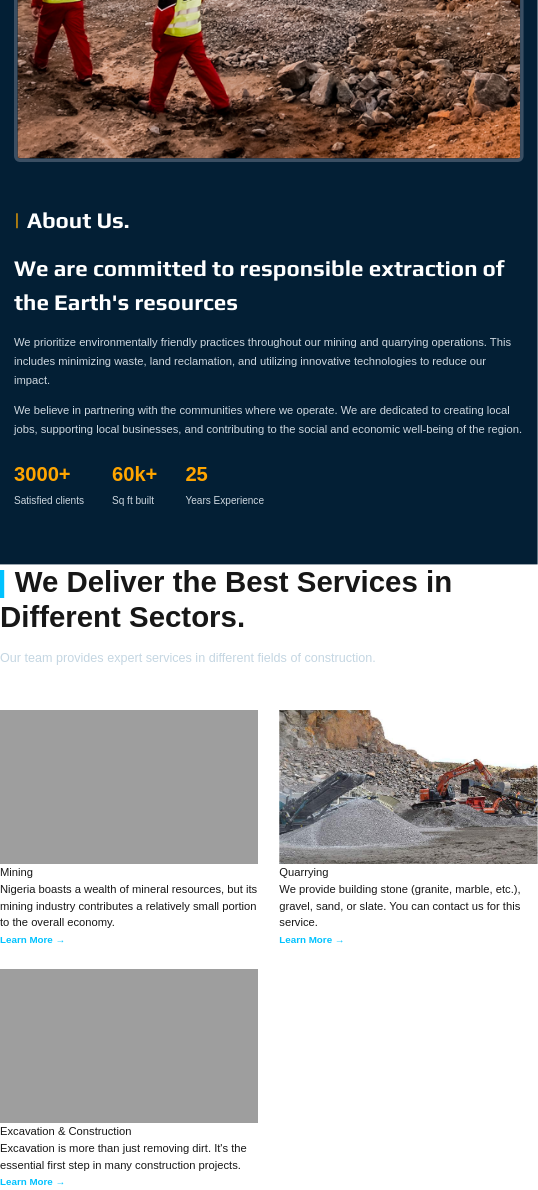
Repository: KC-Minchakpu/promise-earth
Page: /
These files come from the project's save history. The page is drawn as it stood at one moment and after the next save; the edit follows.
The browser window is 768 px wide. The pictures show the part of the page from y = 1406 to 3646 px (the page is 3106 px tall before and 3646 px after), at 70% of full size.
Pictures or frames that could not be fetched are drawn as grey boxes. The project was rebuilt for these pictures with package versions that can differ from the ones it lists, and the page was loaded fresh each time. The framework's server and built-in components were replaced by stand-ins that run in the browser. Also part of the build but not shown: next.config.ts.

Above is the page before, as saved 2026-02-26 16:14:19.

After the next save:
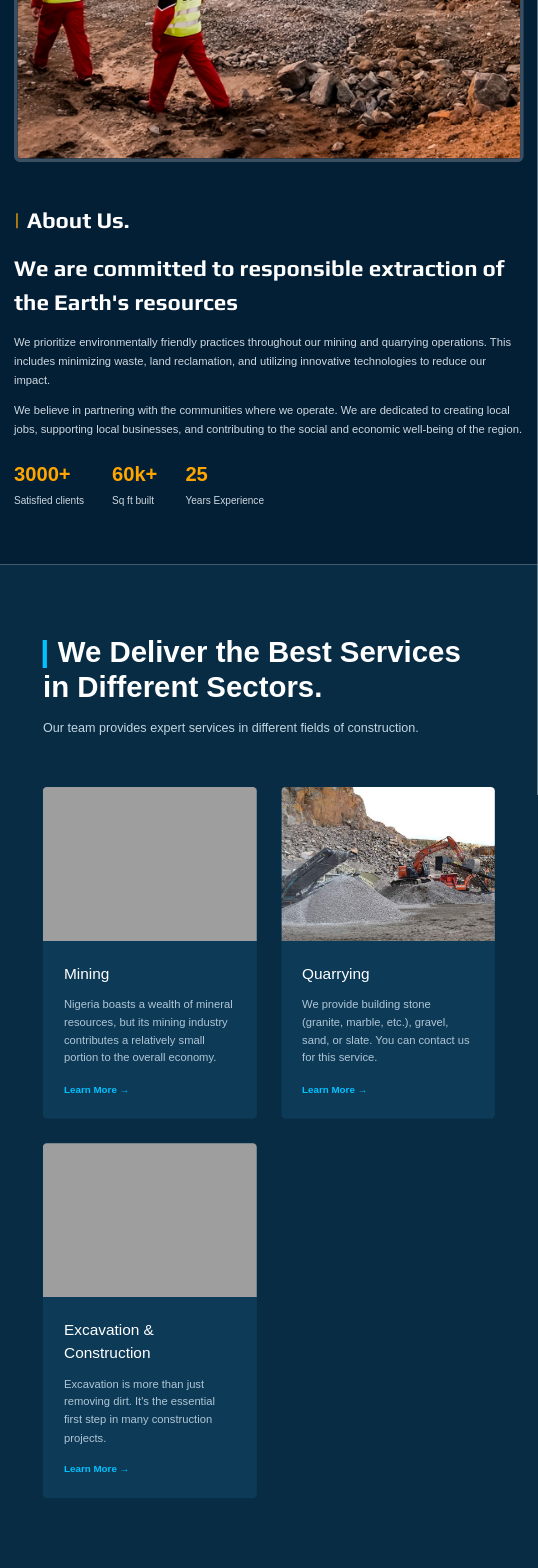
Saved 22 s later.
--- a/src/components/Services/ServicesSection.module.css
+++ b/src/components/Services/ServicesSection.module.css
@@ -1,21 +1,19 @@
-.wrapper {
-  width: 100%;
-  overflow: hidden;
-}
-
-/* =========================
-   TOP DARK SECTION
-========================= */
-
-.topSection {
+.section {
   background-color: #072c44;
-  padding: 80px 8%;
+  padding: 100px 8%;
   color: white;
 }
 
+.container {
+  max-width: 1400px;
+  margin: 0 auto;
+}
+
+/* ================= HEADER ================= */
+
 .header {
   max-width: 800px;
-  margin-bottom: 60px;
+  margin-bottom: 70px;
 }
 
 .header h2 {
@@ -36,90 +34,33 @@
 
 .header p {
   margin-top: 20px;
+  font-size: 18px;
   color: #c4d6e2;
-  font-size: 18px;
 }
+
+/* ================= GRID ================= */
 
 .grid {
   display: grid;
   grid-template-columns: repeat(3, 1fr);
-  gap: 30px;
+  gap: 35px;
 }
 
-/* Dark Cards */
+/* ================= CARD ================= */
 
-.darkCard {
+.card {
   background-color: #0d3a57;
   border-radius: 6px;
   overflow: hidden;
-  transition: transform 0.3s ease;
+  transition: transform 0.3s ease, box-shadow 0.3s ease;
 }
 
-.darkCard:hover {
-  transform: translateY(-6px);
+.card:hover {
+  transform: translateY(-8px);
+  box-shadow: 0 10px 30px rgba(0, 0, 0, 0.4);
 }
 
-.cardContent {
-  padding: 30px;
-}
-
-.cardContent h3 {
-  font-size: 22px;
-  margin-bottom: 15px;
-}
-
-.cardContent p {
-  color: #b0c6d6;
-  margin-bottom: 20px;
-  line-height: 1.6;
-}
-
-.learnMore {
-  color: #00c2ff;
-  font-weight: 600;
-  text-decoration: none;
-  font-size: 14px;
-}
-
-/* =========================
-   BOTTOM LIGHT SECTION
-========================= */
-
-.bottomSection {
-  background-color: #f4f4f4;
-  padding: 80px 8%;
-}
-
-.lightCard {
-  background: white;
-  border-radius: 6px;
-  overflow: hidden;
-  box-shadow: 0 5px 20px rgba(0, 0, 0, 0.05);
-  transition: transform 0.3s ease;
-}
-
-.lightCard:hover {
-  transform: translateY(-6px);
-}
-
-.lightContent {
-  padding: 30px;
-}
-
-.lightContent h3 {
-  font-size: 20px;
-  margin-bottom: 15px;
-  color: #072c44;
-}
-
-.lightContent p {
-  color: #555;
-  line-height: 1.6;
-}
-
-/* =========================
-   IMAGE STYLING
-========================= */
+/* ================= IMAGE ================= */
 
 .imageWrapper {
   position: relative;
@@ -127,15 +68,37 @@
   height: 220px;
 }
 
-.cardImage {
+.image {
   object-fit: cover;
 }
 
-/* =========================
-   RESPONSIVE
-========================= */
+/* ================= CONTENT ================= */
 
-@media (max-width: 992px) {
+.content {
+  padding: 30px;
+}
+
+.content h3 {
+  font-size: 22px;
+  margin-bottom: 15px;
+}
+
+.content p {
+  color: #b0c6d6;
+  line-height: 1.6;
+  margin-bottom: 20px;
+}
+
+.learnMore {
+  color: #00c2ff;
+  text-decoration: none;
+  font-weight: 600;
+  font-size: 14px;
+}
+
+/* ================= RESPONSIVE ================= */
+
+@media (max-width: 1100px) {
   .grid {
     grid-template-columns: repeat(2, 1fr);
   }
